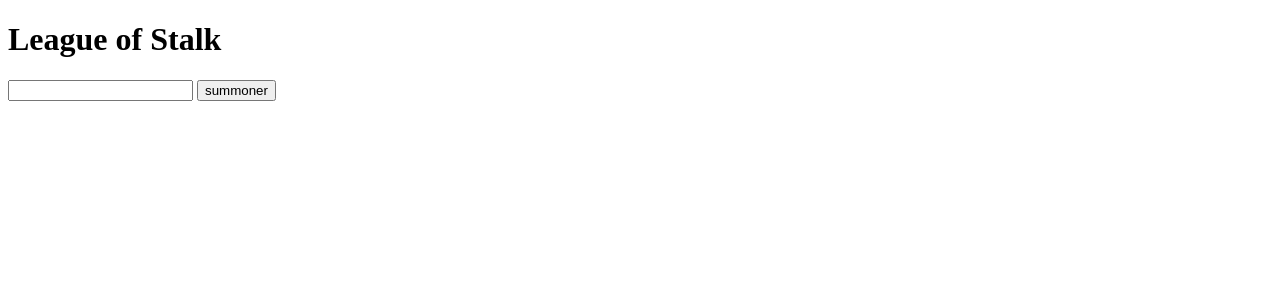
Repository: Dreifingerjpey/TestLos
Page: http://localhost/LeagueOfStalk/
The author's editor kept a copy of each file at every save. The page is drawn from the files as they stood at one save, then again after the next save.
The browser window is 1280 px wide. The pictures show the whole page.
The page is served by Tomcat 9. Other server files are loaded and not shown.

Above is the page before, as saved 2017-08-04 14:44:12.

### Eclipse/LeagueOfStalk/WebContent/index.jsp
<%@ page language="java" contentType="text/html; charset=ISO-8859-1"
    pageEncoding="ISO-8859-1"%>
<!DOCTYPE html PUBLIC "-//W3C//DTD HTML 4.01 Transitional//EN" "http://www.w3.org/TR/html4/loose.dtd">
<html>
<head>
<jsp:include page="CSS/Style.css"/>
<link rel="stylesheet" href="${pageContext.request.contextPath}/CSS/Style.css" />
<meta http-equiv="Content-Type" content="text/html; charset=ISO-8859-1">
<title>League of Stalk</title>
</head>
<body>
<h1>League of Stalk</h1>
<form action="SummonerLookup">
<input type="text" name="summoner">
<input type="submit" value="summoner"/>
</form>
</body>
</html>

Loaded but not shown: Eclipse/LeagueOfStalk/WebContent/CSS/Style.css (no copy from this time; the picture is the same without it)

After the next save:
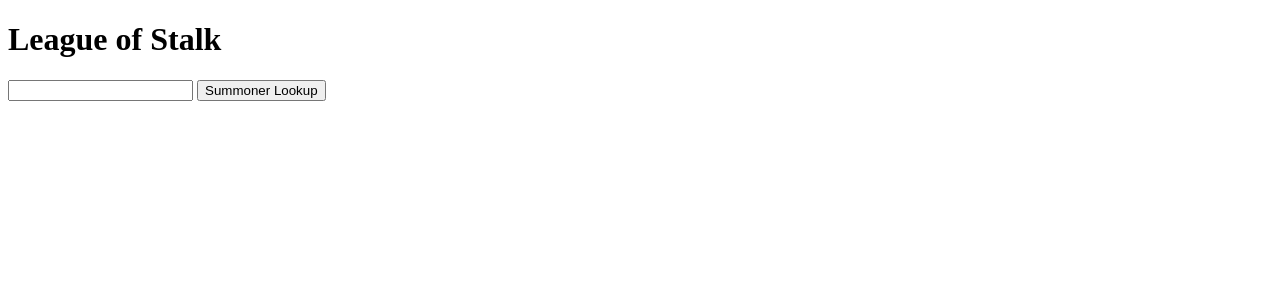
Saved 12 s later.
--- a/Eclipse/LeagueOfStalk/WebContent/index.jsp
+++ b/Eclipse/LeagueOfStalk/WebContent/index.jsp
@@ -12,7 +12,7 @@
 <h1>League of Stalk</h1>
 <form action="SummonerLookup">
 <input type="text" name="summoner">
-<input type="submit" value="summoner"/>
+<input type="submit" value="Summoner Lookup"/>
 </form>
 </body>
 </html>
